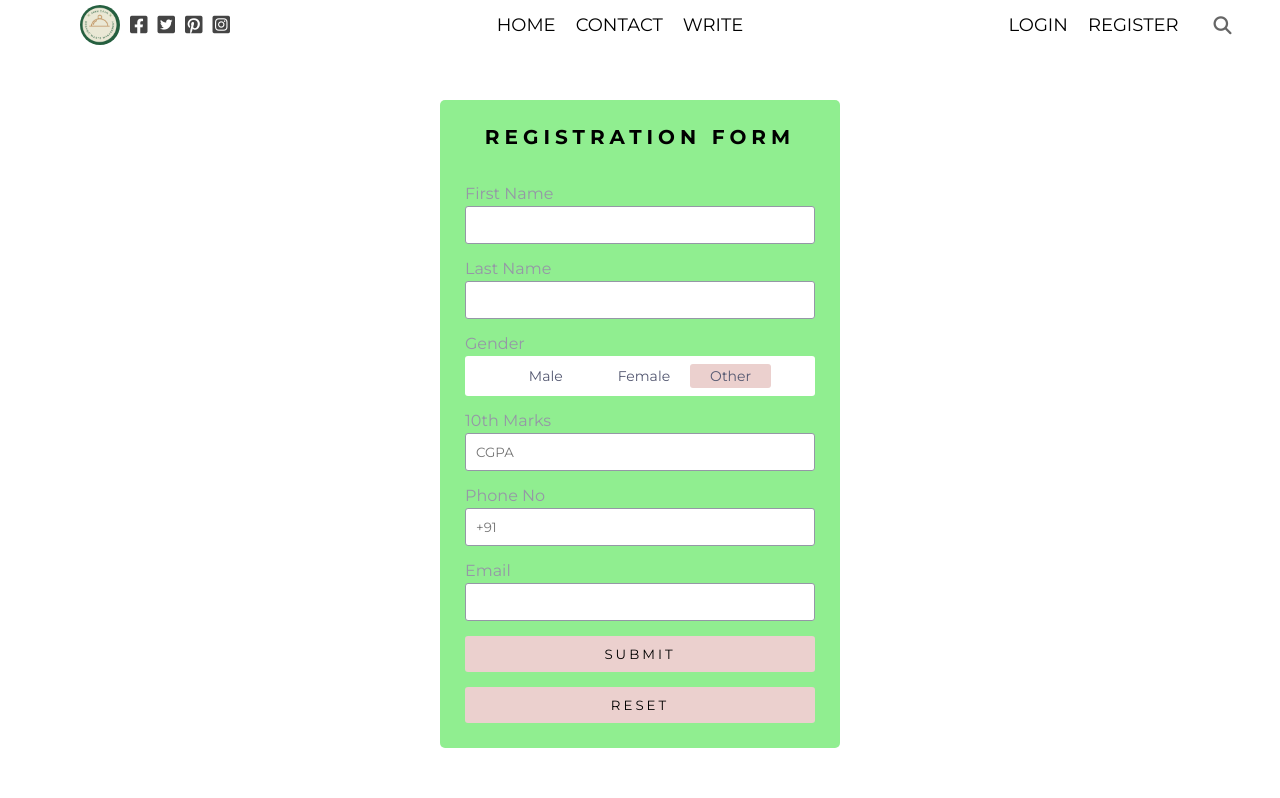
Repository: blsnabrhm/anna-daan
Page: /Contact (app in client/)
The author's editor kept a copy of each file at every save. The page is drawn from the files as they stood at one save, then again after the next save.
The browser window is 1280 px wide. The pictures show the whole page.
Some web libraries are served in a nearby version. The project was rebuilt for these pictures with package versions that can differ from the ones it lists, and the page was loaded fresh each time. Also part of the build but not shown: client/src/components/header/header.css, client/src/components/header/Header.jsx, client/src/components/posts/posts.css, client/src/components/posts/Posts.jsx, client/src/components/sidebar/sidebar.css, client/src/components/sidebar/SideBar.jsx, client/src/pages/home/home.css, client/src/pages/home/Home.jsx and 13 more. Imported but missing from the stored project, and not drawn on this page: client/src/components/post/Post.

Above is the page before, as saved 2022-04-22 08:21:18.

### client/public/index.html
<!DOCTYPE html>
<html lang="en">
  <head>
    <meta charset="utf-8" />
    <link rel="icon" href="%PUBLIC_URL%/favicon.ico" />
    <meta name="viewport" content="width=device-width, initial-scale=1" />
    <meta name="theme-color" content="#000000" />
    <meta
      name="description"
      content="Web site created using create-react-app"
    />
    <link rel="preconnect" href="https://fonts.googleapis.com">
    <link rel="preconnect" href="https://fonts.gstatic.com" crossorigin>
    <link href="https://fonts.googleapis.com/css2?family=Josefin+Sans:wght@100;200;300;400;500;600;700&family=Lora:ital@0;1&family=Varela&family=Varela+Round&display=swap" rel="stylesheet">
    <link rel="stylesheet" href="https://cdnjs.cloudflare.com/ajax/libs/font-awesome/6.1.1/css/all.min.css" integrity="sha512-KfkfwYDsLkIlwQp6LFnl8zNdLGxu9YAA1QvwINks4PhcElQSvqcyVLLD9aMhXd13uQjoXtEKNosOWaZqXgel0g==" crossorigin="anonymous" referrerpolicy="no-referrer" />
    <style>*{
      margin: 0;
    }</style>
    <style>
      .link {
        text-decoration: none;
        color: inherit;
      }
    </style>
    <title>Anna Daan</title>
  </head>
  <body>
    <noscript>You need to enable JavaScript to run this app.</noscript>
    <div id="root"></div>

  </body>
</html>

### client/src/index.js
import React from 'react';
import ReactDOM from 'react-dom/client';
import App from './App';
import { ContextProvider } from './context/Context';

const root = ReactDOM.createRoot(document.getElementById('root'));
root.render(
  <React.StrictMode>
    <ContextProvider>
    <App />
    </ContextProvider>
  </React.StrictMode>
);

### client/src/App.js
import Home from "./pages/home/Home";
import TopBar from "./components/topbar/TopBar";
import Single from "./pages/single/Single";
import Write from "./pages/write/Write";
import Settings from "./pages/settings/Settings";
import Login from "./pages/login/Login";
import Register from "./pages/register/Register";
import Contact from "./pages/contact/Contact";
import { BrowserRouter as Router, Switch, Route, Link } from "react-router-dom";
import { useContext } from "react";
import { Context } from "./context/Context";

function App() {
  const { user } = useContext(Context);
  return (
    <Router>
      <TopBar />
      <Switch>
        <Route exact path="/">
          <Home />
        </Route>
        <Route path="/register">{user ? <Home /> : <Register />}</Route>
        <Route path="/login">{user ? <Home /> : <Login />}</Route>
        <Route path="/Contact">{user ? <Contact />: <Contact/> }</Route>
        <Route path="/write">{user ? <Write /> : <Register />}</Route>
        <Route path="/settings">{user ? <Settings /> : <Register />}</Route>
        <Route path="/post/:postId">
          <Single />
        </Route>
      </Switch>
    </Router>
  );
}

export default App;

### client/src/context/Context.js
import { createContext, useEffect, useReducer } from "react";
import Reducer from "./Reducer";

const INITIAL_STATE = {
  user: JSON.parse(localStorage.getItem("user")) || null,
  isFetching: false,
  error: false,
};

export const Context = createContext(INITIAL_STATE);

export const ContextProvider = ({ children }) => {
  const [state, dispatch] = useReducer(Reducer, INITIAL_STATE);

  useEffect(() => {
    localStorage.setItem("user", JSON.stringify(state.user));
  }, [state.user]);

  return (
    <Context.Provider
      value={{
        user: state.user,
        isFetching: state.isFetching,
        error: state.error,
        dispatch,
      }}
    >
      {children}
    </Context.Provider>
  );
};

### client/src/components/topbar/TopBar.jsx
import { useContext } from "react";
import { Link } from "react-router-dom";
import { Context } from "../../context/Context";
import "./topbar.css";

export default function TopBar() {
  const { user, dispatch } = useContext(Context);
  const PF = "http://localhost:3000/images/"

  const handleLogout = () => {
    dispatch({ type: "LOGOUT" });
  };
  return (
    <div className="top">
      <div className="topLeft">
        <img className="topImg topLogo" src={require('../../assets/Anna_Daan.png')} alt="" />
        <i className="topIcon fab fa-facebook-square"></i>
        <i className="topIcon fab fa-twitter-square"></i>
        <i className="topIcon fab fa-pinterest-square"></i>
        <i className="topIcon fab fa-instagram-square"></i>
      </div>
      <div className="topCenter">
        <ul className="topList">
          <li className="topListItem">
            <Link className="link" to="/" >
              HOME
            </Link>
          </li>
          <li className="topListItem">
            <Link className="link" to="/contact" >
              CONTACT
            </Link>
          </li>
          <li className="topListItem">
            <Link className="link" to="/write">
              WRITE
            </Link>
          </li>
          <li className="topListItem" onClick={handleLogout}>
            {user && "LOGOUT"}
          </li>
        </ul>
      </div>
      <div className="topRight">
        {user ? (
          <Link to="/settings">
            <img className="topImg" src={PF+user.profilePic} alt="" />
          </Link>
        ) : (
          <ul className="topList">
            <li className="topListItem">
              <Link className="link" to="/login" >
                LOGIN
              </Link>
            </li>
            <li className="topListItem">
              <Link className="link" to="/register">
                REGISTER
              </Link>
            </li>
          </ul>
        )}
        <i className="topSearchIcon fas fa-search"></i>
      </div>
    </div>
  );
}

### client/src/pages/contact/Contact.jsx
import './contact.css'

export default function Contact() {
    return (
    <div className='contact'>
        <div class="registration_form">
		<div class="title">
			Registration Form
		</div>

		<form>
			<div class="form_wrap">
                <div className="input_wrap">
					<label for="fname">First Name</label>
					<input type="text" id="email"/>
				</div>
				<div className="input_wrap">
					<label for="lname">Last Name</label>
					<input type="text" id="email"/>
				</div>
                <div >

                </div>
				<div className="input_wrap">
					<label>Gender</label>
					<ul>
						<li>
							<label className="radio_wrap">
								<input type="radio" name="gender" value="male" className="input_radio" checked/>
								<span>Male</span>
							</label>
						</li>
						<li>
							<label className="radio_wrap">
								<input type="radio" name="gender" value="female" className="input_radio"/>
								<span>Female</span>
							</label>
						</li>
            <li>
							<label className="radio_wrap">
								<input type="radio" name="gender" value="male" className="input_radio" checked/>
								<span>Other</span>
							</label>
						</li>
					</ul>
				</div>
        <div className="input_wrap">
            <label for="marks">10th Marks</label>
            <input type="number" id="marks" placeholder="CGPA" min="0" max="100"/>
        </div>
				<div className="input_wrap">
					<label for="city">Phone No</label>
					<input type="tel" id="city" placeholder="+91"/>
				</div>
				<div className="input_wrap">
					<label for="country">Email</label>
					<input type="text" id="country"/>
				</div>
				<div className="input_wrap">
					<input type="submit" value="Submit" className="submit_btn"/>
				</div>
        <div className="input_wrap">
					<input type="submit" value="Reset" className="submit_btn"/>
				</div>
			</div>
		</form>
	</div>
    </div>
    )
}

### client/src/context/Reducer.js
const Reducer = (state, action) => {
  switch (action.type) {
    case "LOGIN_START":
      return {
        user: null,
        isFetching: true,
        error: false,
      };
    case "LOGIN_SUCCESS":
      return {
        user: action.payload,
        isFetching: false,
        error: false,
      };
    case "LOGIN_FAILURE":
      return {
        user: null,
        isFetching: false,
        error: true,
      };
      case "UPDATE_START":
        return {
          ...state,
          isFetching:true
        };
      case "UPDATE_SUCCESS":
        return {
          user: action.payload,
          isFetching: false,
          error: false,
        };
      case "UPDATE_FAILURE":
        return {
          user: state.user,
          isFetching: false,
          error: true,
        };
    case "LOGOUT":
      return {
        user: null,
        isFetching: false,
        error: false,
      };
    default:
      return state;
  }
};

export default Reducer;

### client/src/components/topbar/topbar.css
.top {
    width: 100%;
    height: 50px;
    background-color: white;
    position: sticky;
    top: 0;
    display: flex;
    align-items: center;
    font-family: "Josefin Sans", sans-serif;
    z-index: 999;
  }

  .topLeft,
  .topRight {
    flex: 3;
    display: flex;
    align-items: center;
    justify-content: center;
  }

  .topCenter {
    flex: 6;
  }

  .topLogo {
    margin-right: 10px;
  }

  .topIcon {
    font-size: 20px;
    margin-right: 10px;
    color: #444;
    cursor: pointer;
  }

  .topImg {
    width: 40px;
    height: 40px;
    border-radius: 50%;
    object-fit: cover;
    cursor: pointer;
  }

  .topList {
    display: flex;
    justify-content: center;
    margin: 0;
    padding: 0;
    list-style: none;
  }

  .topListItem {
    margin-right: 20px;
    font-size: 18px;
    font-weight: 300;
    cursor: pointer;
  }

  .topSearchIcon {
    font-size: 18px;
    color: #666;
    cursor: pointer;
    margin-left: 15px;
  }

### client/src/pages/contact/contact.css
@import url('https://fonts.googleapis.com/css2?family=Montserrat:wght@400;700&display=swap');

*{
	margin: 0;
	padding: 0;
	box-sizing: border-box;
	list-style: none;
	font-family: 'Montserrat', sans-serif;
}

.contact {
    display: flex;
    align-items: center;
    justify-content: center;
    margin: 50px 0;
}

.wrapper{
	min-height: 100vh;
	display: flex;
	justify-content: center;
	align-items: center;
}

.registration_form{
	background: lightgreen;
	padding: 25px;
	border-radius: 5px;
	width: 400px;
}

.registration_form .title{
	text-align: center;
	font-size: 20px;
	text-transform: uppercase;
	color: #000000;
	letter-spacing: 5px;
	font-weight: 700;
}

.form_wrap{
	margin-top: 35px;
}

.form_wrap .input_wrap{
	margin-bottom: 15px;
}

.form_wrap .input_wrap:last-child{
	margin-bottom: 0;
}

.form_wrap .input_wrap label{
	display: block;
	margin-bottom: 3px;
	color: #9597a6;
}
.form_wrap .input_grp  input[type="text"] ,input[type="number"]{
	width: 165px;
}

.form_wrap  input[type="text"], input[type="number"], input[type="tel"]{
	width: 100%;
	border-radius: 3px;
	border: 1px solid #9597a6;
	padding: 10px;
	outline: none;
}

.form_wrap  input[type="text"]:focus{
	border-color: #ebd0ce;
}

.form_wrap ul{
	background: #fff;
	padding: 8px 10px;
	border-radius: 3px;
	display: flex;
	justify-content: center;
}

.form_wrap ul li:first-child{
	margin-right: 15px;
}
.form_wrap ul .radio_wrap{
	position: relative;
	margin-bottom: 0;
}

.form_wrap ul .radio_wrap .input_radio{
	position: absolute;
	top: 0;
	right: 0;
	opacity: 0;
}

.form_wrap ul .radio_wrap span{
	display: inline-block;
	font-size: 14px;
	padding: 3px 20px;
	border-radius: 3px;
	color: #545871;
}

.form_wrap .input_radio:checked ~ span{
	background: #ebd0ce;
}

.form_wrap .submit_btn{
	width: 100%;
	background: #ebd0ce;
	padding: 10px;
	border: 0;
	border-radius: 3px;
	text-transform: uppercase;
	letter-spacing: 3px;
	cursor: pointer;
}

.form_wrap .submit_btn:hover{
	background: #ffd5d2;
}

After the next save:
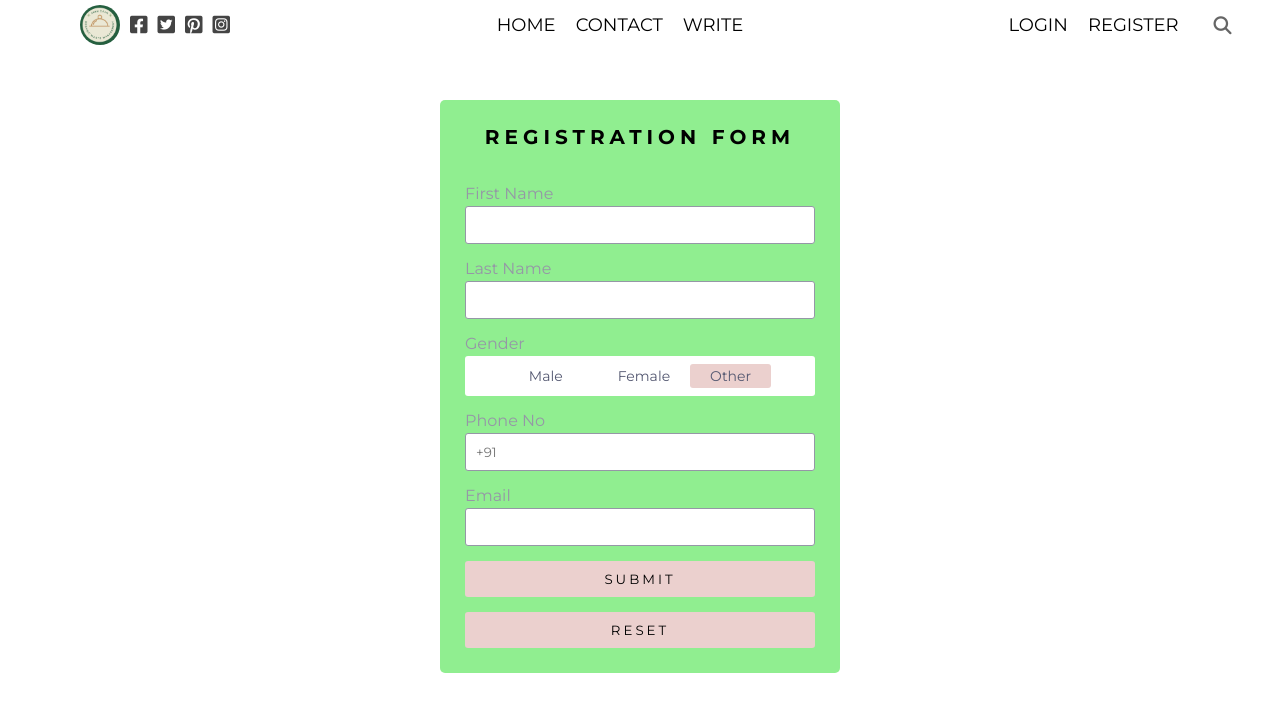
Saved 49 s later.
--- a/client/src/pages/contact/Contact.jsx
+++ b/client/src/pages/contact/Contact.jsx
@@ -44,10 +44,6 @@ export default function Contact() {
 						</li>
 					</ul>
 				</div>
-        <div className="input_wrap">
-            <label for="marks">10th Marks</label>
-            <input type="number" id="marks" placeholder="CGPA" min="0" max="100"/>
-        </div>
 				<div className="input_wrap">
 					<label for="city">Phone No</label>
 					<input type="tel" id="city" placeholder="+91"/>
